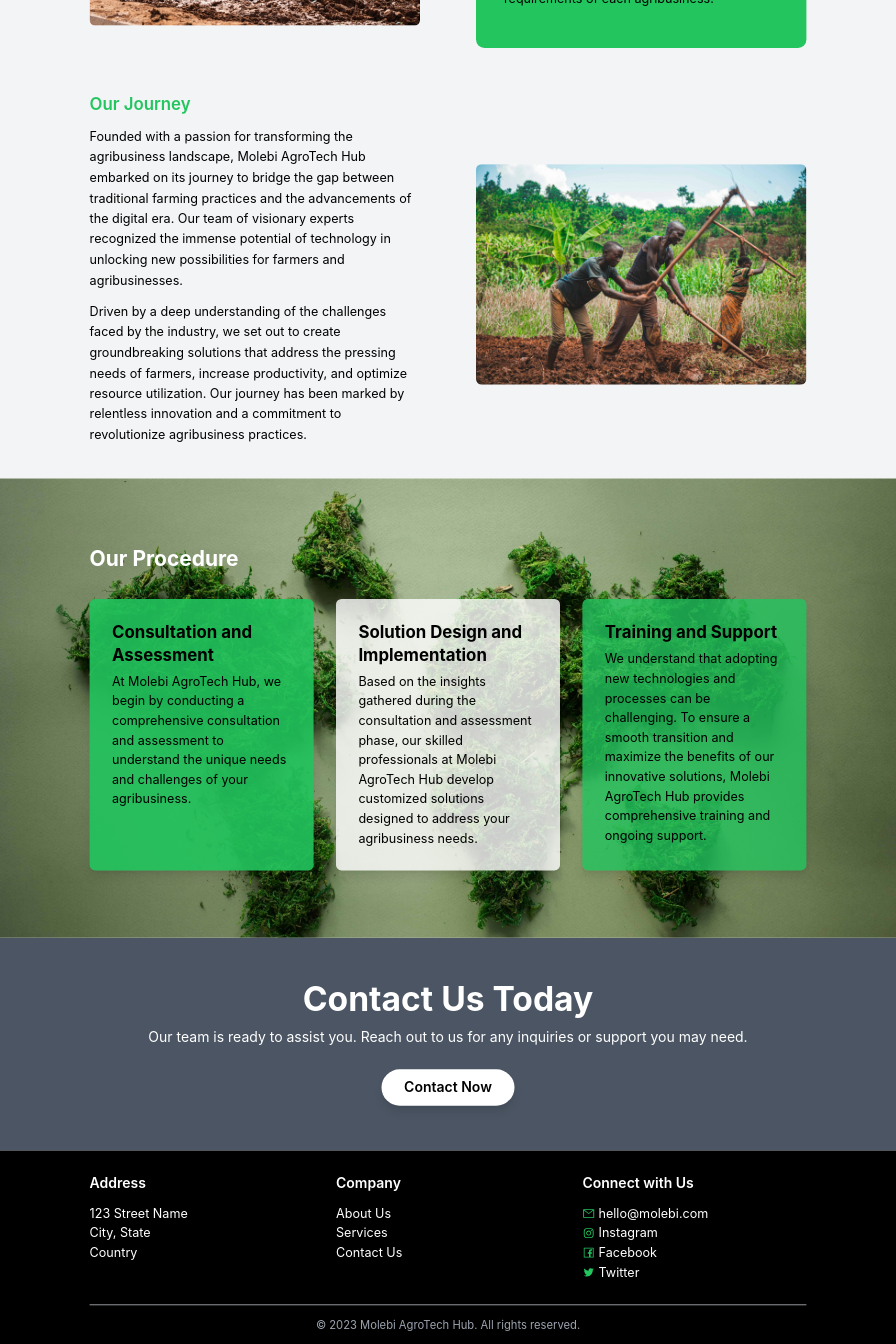
Repository: akinolapo/agric-tech
Page: /about
An editor plug-in stored every save of this project. The page is shown before and after the next save, followed by the edit.
The browser window is 1280 px wide. The pictures show the part of the page from y = 932 to 2852 px (the page is 2852 px tall before and 2832 px after), at 70% of full size.
The project was rebuilt for these pictures with package versions that can differ from the ones it lists, and the page was loaded fresh each time. Also part of the build but not shown: src/components/Hero.jsx, src/components/ImageText.jsx, src/components/TwoColumnMasonry.jsx, src/components/TwoColumnComponent.jsx, src/App.jsx.

Above is the page before, as saved 2023-05-28 20:42:56.

After the next save:
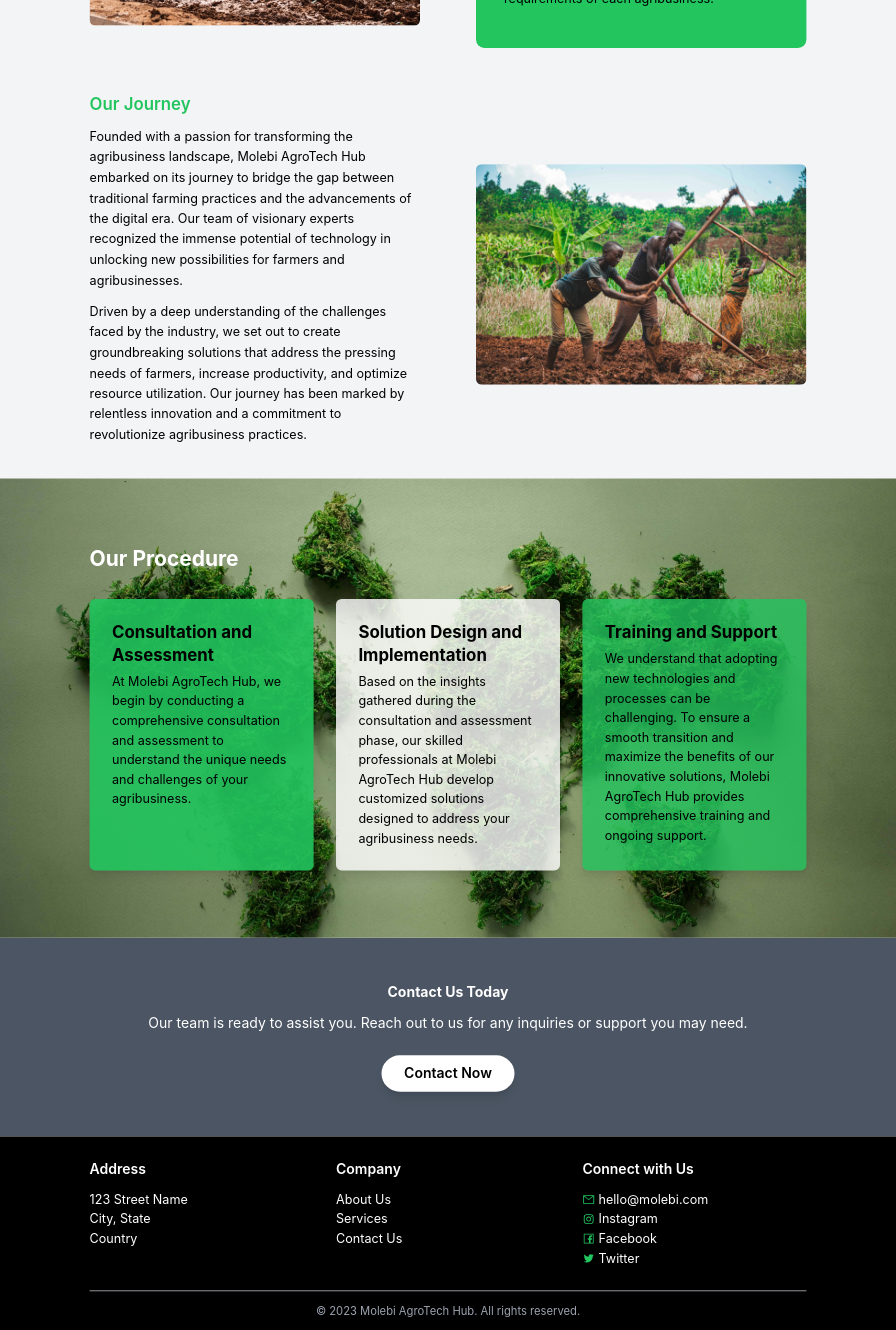
Saved 16 s later.
--- a/src/components/CTA.jsx
+++ b/src/components/CTA.jsx
@@ -3,7 +3,7 @@ import React from 'react';
 const CTA = () => {
   return (
     <div className="text-white bg-gray-600 text-center py-8 px-4 sm:py-16 sm:px-8">
-      <h1 className="text-xl sm:text-5xl font-bold mb-4">Contact Us Today</h1>
+      <h1 className="text-xl font-bold mb-4">Contact Us Today</h1>
       <p className="text-lg sm:text-xl mb-8">
         Our team is ready to assist you. Reach out to us for any inquiries or support you may need.
       </p>
